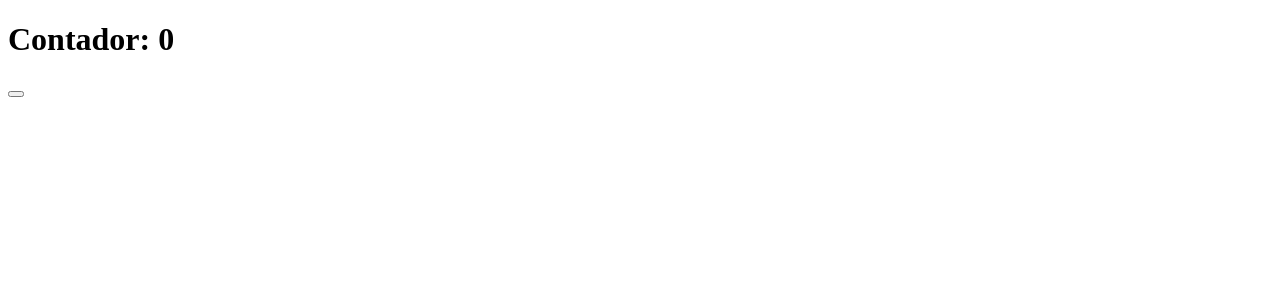
Repository: pedroevangelista/be-the-hero
Page: /incidents/new (app in frontend/)
An editor plug-in stored every save of this project. The page is shown before and after the next save, followed by the edit.
The browser window is 1280 px wide. The pictures show the whole page.
The project was rebuilt for these pictures with package versions that can differ from the ones it lists, and the page was loaded fresh each time.

Above is the page before, as saved 2020-03-25 11:28:00.

### frontend/src/App.js
import React from 'react';
import Header from './Header';

function App() {
  return (
    <div>
      <Header>Contador: 0</Header>
      <button/>
    </div>
  );
}

export default App;

### frontend/src/Header.js
import React from 'react';

export default function Header({ children }) {

    return (
        <header>
            <h1>{ children }</h1>
        </header>
    );

}

Loaded but not shown: frontend/public/index.html (common file); frontend/src/index.js (common file)

After the next save:
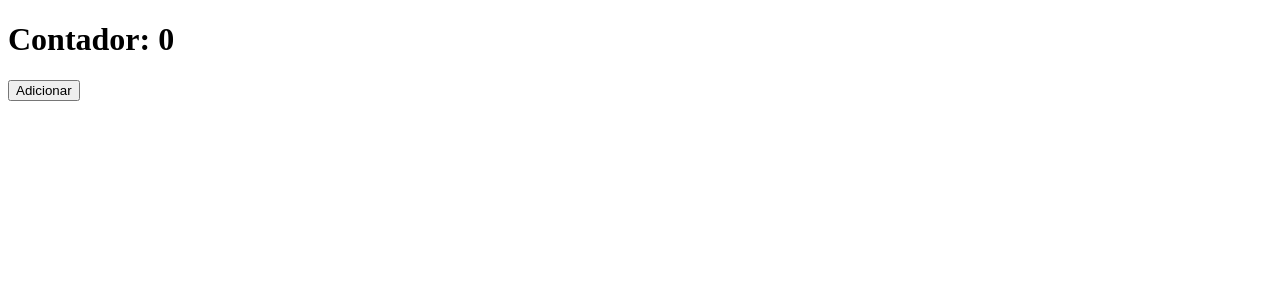
Saved 6 s later.
--- a/frontend/src/App.js
+++ b/frontend/src/App.js
@@ -5,7 +5,7 @@ function App() {
   return (
     <div>
       <Header>Contador: 0</Header>
-      <button/>
+      <button>Adicionar</button>
     </div>
   );
 }
